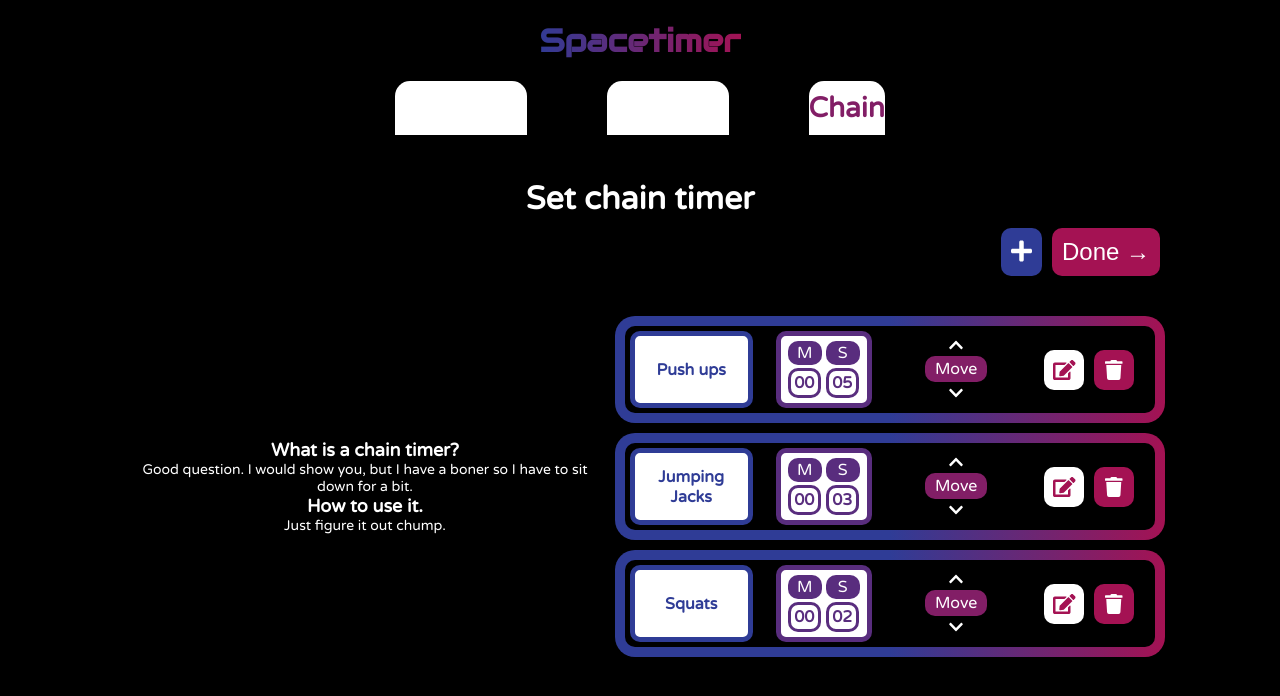
Repository: JohnKrige/space-timer2
Page: /timer-chain
The author's editor kept a copy of each file at every save. The page is drawn from the files as they stood at one save, then again after the next save.
The browser window is 1280 px wide. The pictures show the whole page.
The project was rebuilt for these pictures with package versions that can differ from the ones it lists, and the page was loaded fresh each time. Also part of the build but not shown: src/components/Timer/styles.js, src/components/Timer/TimerDisplay.js, src/components/Stopwatch/Stopwatch.js, src/components/ChainTimer/ChainTimerItem.js, src/components/SetTimerModal/transition-styles.css, src/components/Timer/Repeater.js, src/components/CountdownTimer/countdownTimerStyles.js, src/components/CountdownTimer/CountdownTimer.js. Imported but missing from the stored project, and not drawn on this page: src/components/CountdownTimer/beep.flac, src/components/CountdownTimer/timersound1.wav.

Above is the page before, as saved 2021-11-21 11:39:17.

After the next save:
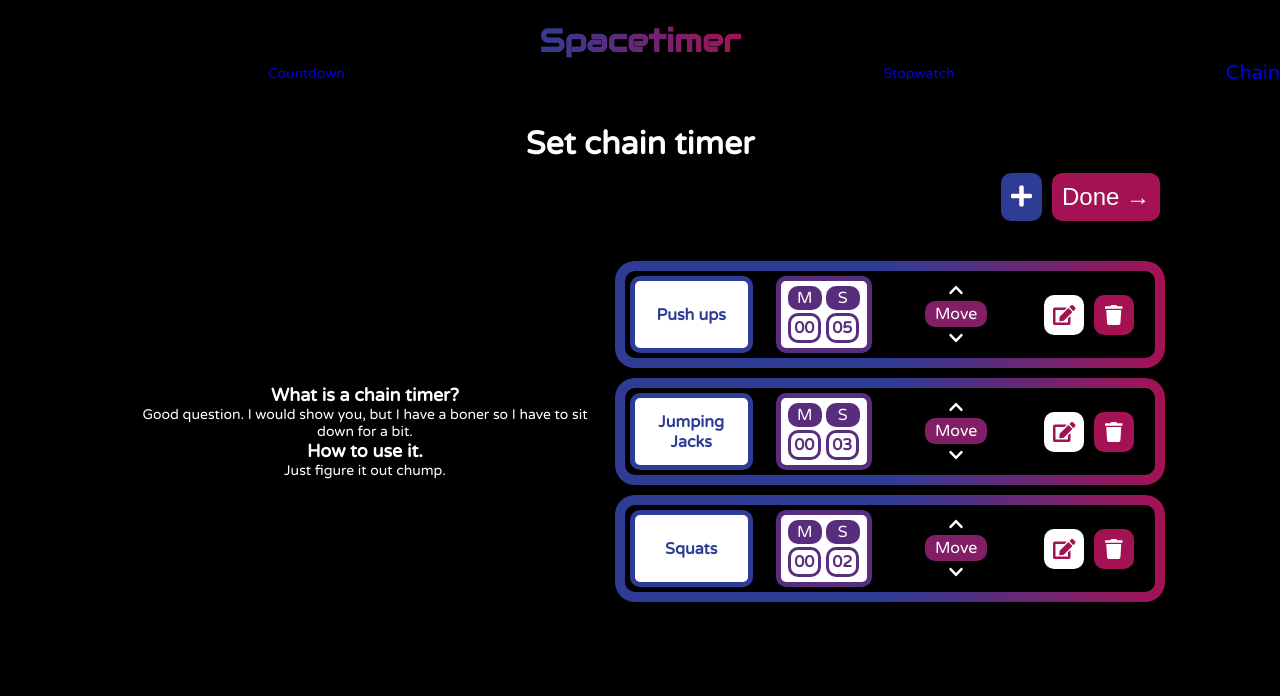
Saved 69 s later.
--- a/src/components/Nav/styles.js
+++ b/src/components/Nav/styles.js
@@ -7,7 +7,7 @@ export const NavItem = styled.li`
     display: flex;
     align-items: center;
     justify-content: center;
-    background: white;
+    background: ${props => props.selected ? "#821e66" : "rgba(47,60,150,1"};
     padding: 10px 0;
     border-radius: 15px 15px 0 0;
 
